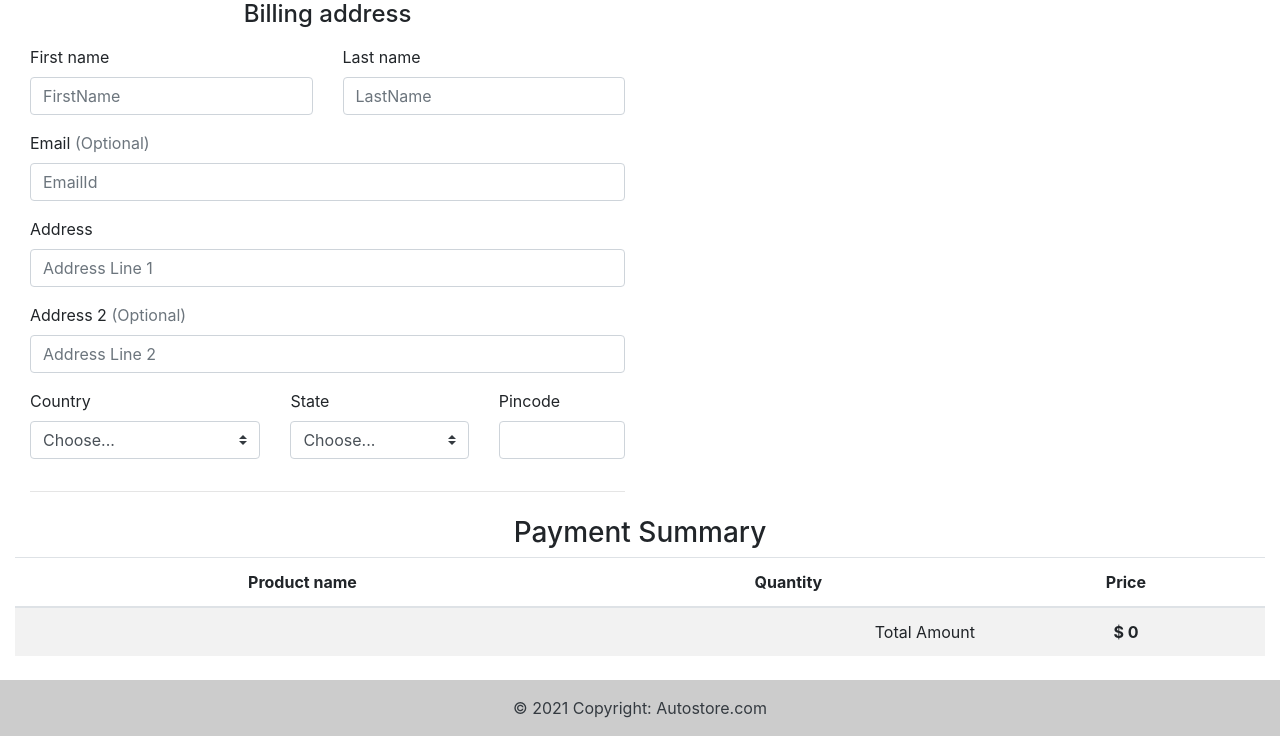
Repository: pravinsakthivel/ecommerce
Page: /checkout
These files come from the project's save history. The page is drawn as it stood at one moment and after the next save; the edit follows.
The browser window is 1280 px wide. The pictures show the whole page.
The project was rebuilt for these pictures with package versions that can differ from the ones it lists, and the page was loaded fresh each time. Also part of the build but not shown: src/components/UI/BaseButton.vue, src/components/ProductItem.vue, src/components/UI/ShoppingCartIcon.vue, src/components/UI/NavigationBar.vue, src/components/UI/SearchBar.vue, src/components/ProductDescriptionModal.vue, src/components/ProductList.vue, src/components/CartList.vue and 5 more.

Above is the page before, as saved 2021-04-10 22:06:43.

### public/index.html
<!DOCTYPE html>
<html lang="">
  <head>
    <meta charset="utf-8" />
    <meta http-equiv="X-UA-Compatible" content="IE=edge" />
    <meta name="viewport" content="width=device-width,initial-scale=1.0" />
    <link rel="icon" href="<%= BASE_URL %>favicon.ico" />
    <link
      href="https://fonts.googleapis.com/css?family=Nunito+Sans:400,400i,700,900&display=swap"
      rel="stylesheet"
    />
    <title><%= htmlWebpackPlugin.options.title %></title>
  </head>
  <style>
    #page-container {
      position: relative;
      min-height: 100vh;
    }

    #content-wrap {
      padding-bottom: 2.5rem; /* Footer height */
    }

    #footer {
      position: absolute;
      bottom: 0;
      width: 100%;
      height: 2.5rem; /* Footer height */
    }
  </style>
  <body>
    <noscript>
      <strong
        >We're sorry but <%= htmlWebpackPlugin.options.title %> doesn't work
        properly without JavaScript enabled. Please enable it to
        continue.</strong
      >
    </noscript>
    <div id="page-container">
      <div id="content-wrap">
        <div id="app"></div>
      </div>
      <footer id="footer">
        <div class="text-center text-dark p-3 footer" style="background-color: rgba(0, 0, 0, 0.2);">
          © 2021 Copyright:
          <a class="text-dark" href="#">Autostore.com</a>
        </div>
      </footer>
    </div>
    <!-- built files will be auto injected -->
  </body>
</html>

### src/main.js
import { createApp } from 'vue';
import App from './App.vue';
import router from './router.js';
import store from './store.js';
import 'bootstrap';
import 'font-awesome/css/font-awesome.min.css';
import 'bootstrap/dist/css/bootstrap.min.css';
import BaseButton from "./components/UI/BaseButton.vue";
import BaseBadge from './components/UI/BaseBadge.vue';
import TheJumbotrom from './components/UI/TheJumbotron.vue';
import BaseModal from './components/UI/BaseModal.vue';



const app = createApp(App);
app.use(router);
app.use(store);
app.component('base-button',BaseButton);
app.component('base-badge',BaseBadge);
app.component('the-jumbotron',TheJumbotrom);
app.component('base-modal',BaseModal);
app.mount('#app');

### src/App.vue
<template>
 <router-view></router-view>

</template>

<script>

export default {
  name: 'App',
}
</script>

<style >

</style>

### src/router.js
import { createRouter, createWebHistory } from "vue-router";
import ProductList from "./components/ProductList.vue";
import CartList from "./components/CartList.vue";
import OrderSuccessPage from "./components/UI/OrderSuccess.vue";
import LoginPage from "./components/UI/LoginPage.vue";
import CheckoutPage from "./components/CheckoutPage.vue";

const router = createRouter({
  history: createWebHistory(),
  routes: [
    {
      path: "/",
      redirect: "/login",
    },
    {
      path: "/cartIems",
      component: CartList,
    },
    {
      path: "/products",
      component: ProductList,
    },
    {
      path: "/orderSuccessPage",
      component: OrderSuccessPage,
    },
    {
      path: "/login",
      component: LoginPage,
    },
    {
      path:"/checkout",
      component:CheckoutPage
    }
  ],
});

export default router;

### src/store.js
import {createStore} from 'vuex';
import productModule from './store/products/index.js'

const store = createStore({
   modules:{
        products:productModule
   }
});

export default store;

### src/components/CheckoutPage.vue
<template>
  <div class="col-md-12">
    <div class="col-md-6 ">
      <h4 class="mb-3 text-center">Billing address</h4>
      <form>
        <div class="row">
          <div class="col-md-6 mb-3">
            <label for="firstName">First name</label>
            <input
              type="text"
              class="form-control"
              id="firstName"
              placeholder="FirstName"
              value=""
              required
            />
          </div>
          <div class="col-md-6 mb-3">
            <label for="lastName">Last name</label>
            <input
              type="text"
              class="form-control"
              id="lastName"
              placeholder="LastName"
              value=""
              required
            />
          </div>
        </div>
        <div class="mb-3">
          <label for="email"
            >Email <span class="text-muted">(Optional)</span></label
          >
          <input
            type="email"
            class="form-control"
            id="email"
            placeholder="EmailId"
          />
        </div>

        <div class="mb-3">
          <label for="address">Address</label>
          <input
            type="text"
            class="form-control"
            id="address"
            placeholder="Address Line 1"
            required
          />
        </div>

        <div class="mb-3">
          <label for="address2"
            >Address 2 <span class="text-muted">(Optional)</span></label
          >
          <input
            type="text"
            class="form-control"
            id="address2"
            placeholder="Address Line 2"
          />
        </div>

        <div class="row">
          <div class="col-md-5 mb-3">
            <label for="country">Country</label>
            <select class="custom-select d-block w-100" id="country" required>
              <option value="">Choose...</option>
              <option>India</option>
            </select>
          </div>
          <div class="col-md-4 mb-3">
            <label for="state">State</label>
            <select class="custom-select d-block w-100" id="state" required>
              <option value="">Choose...</option>
              <option>Bangalore</option>
            </select>
          </div>
          <div class="col-md-3 mb-3">
            <label for="zip">Pincode</label>
            <input
              type="text"
              class="form-control"
              id="zip"
              placeholder=""
              required
            />
          </div>
        </div>
        <hr class="mb-4" />
      </form>
    </div>
    <div class="text-center">
      <payment-details></payment-details>
    </div>
  </div>
</template>
<script>
import PaymentDetails from "./PaymentDetails.vue";

export default {
  components: {
    PaymentDetails,
  },
};
</script>

### src/store/products/index.js
import actions from './actions.js';
import getters from './getters.js';
import mutations from './mutations.js';

export default{
    namespaced:true,
    state(){
        return{
            products: [],
            cartItems: [],
            productsIdsInCart:[],
            searchedItems:[],
            lastUpdated:null,
            loggedInUser :''
        }
    },
    actions,
    getters,
    mutations
}

### src/components/PaymentDetails.vue
<template>
  <div>
    <h3>Payment Summary</h3>
    <table class="table table-striped">
      <thead>
        <tr>
          <th>Product name</th>
          <th>Quantity</th>
          <th>Price</th>
        </tr>
      </thead>
      <tbody>
        <tr v-for="item in cartItems" :key="item.productId">
          <td>{{ item.productName }}</td>
          <td>{{ item.quantity }}</td>
          <td>$ {{ item.cartValue ? item.cartValue : item.price }}</td>
        </tr>
        <tr>
          <td colspan="2" class="text-right">Total Amount</td>
          <td>
            <strong>$ {{ totalCartValue }}</strong>
          </td>
        </tr>
      </tbody>
    </table>
  </div>
  <paypal-component :cartValue="totalCartValue"></paypal-component>
</template>
<script>
import PaypalComponent from './PayPalComponent.vue';
export default {
  components:{
    PaypalComponent
  },
  computed: {
    totalCartValue() {
      let cartvalue = 0;
      this.cartItems.forEach((element) => {
        cartvalue += element.cartValue ? element.cartValue : element.price;
      });
      console.log(cartvalue)
      return cartvalue;
    },
    cartItems(){
      return this.$store.getters['products/getCartItems']
    }
  }
};
</script>

### src/store/products/actions.js
export default {
  async loadProducts(context,forceRefresh) {
    console.log(context.getters.shouldRefresh , forceRefresh);
    if(!context.getters.shouldRefresh && !forceRefresh){
      console.log("sending cache data");
      return;
    }
    console.log("sending fetched data");
    let url = `https://products-data-b01f9-default-rtdb.firebaseio.com/products/-MXaxOFKGRgCKs_OkzrR.json`;
    let response = await fetch(url);
    let responseData = await response.json();
    context.commit("setProducts", responseData);
    context.commit("setTimeStamp");
  },
  setProducts(context, payload) {
    context.commit("setProducts", payload);
  },
  addProductItemToCart(context, product) {
    let cartItems = [...context.getters.getCartItems, product];
    context.dispatch("addProductIdInCart", product.productId);
    context.commit("setCartItems", cartItems);
  },
  addProductIdInCart(context, data) {
    let productIdsInCart = [...context.getters.getproductIdsIncart, data];
    context.commit("setProductIdsInCart", productIdsInCart);
  },
  setCartItems(context, data) {
    context.commit("setCartItems", data);
  },
  removeCartItem(context, productId) {
    let cartItems = context.getters.getCartItems;
    let filteredItems = cartItems.filter((item) => {
      return item.productId != productId;
    });
    context.dispatch("removeProductIdInCart", productId);
    context.commit("setCartItems", filteredItems);
  },
  removeProductIdInCart(context, productId) {
    let productIdsInCart = context.getters.getproductIdsIncart;
    const index = productIdsInCart.indexOf(productId);
    if (index > -1) {
      productIdsInCart.splice(index, 1);
    }
    context.commit("setProductIdsInCart", productIdsInCart);
  },
  setSearchedItems(context, payload) {
    context.commit("setSearchedItems", payload);
  },
  setUser(context,userName){
    context.commit("setUser",userName);
  },
  resetProductIdsInCart(context){
    context.commit("setProductIdsInCart",[])
  }
};

### src/store/products/getters.js
export default {
  getProducts(state) {
    return state.products;
  },
  getCartItems(state) {
    return state.cartItems;
  },
  getproductIdsIncart(state) {
    return state.productsIdsInCart;
  },
  shouldRefresh(state) {
    let lastUpdate = state.lastUpdated;
    if (!lastUpdate) {
      return true;
    }
    const currentTimeStamp = new Date().getTime();
    return (currentTimeStamp - lastUpdate) / 1000 > 60;
  },
  getSearchItems(state){
      return state.searchedItems;
  },
  getLoggedInUser(state){
    return state.loggedInUser;
  }
};

### src/store/products/mutations.js
export default {
  setCartItems(state, payload) {
    state.cartItems = payload;
  },
  setProducts(state, payload) {
    state.products = payload;
  },
  setProductIdsInCart(state, payload) {
    state.productsIdsInCart = payload;
  },
  setTimeStamp(state) {
    state.lastUpdated = new Date().getTime();
  },
  setSearchedItems(state, payload) {
    state.searchedItems = payload;
  },
  setUser(state, userName) {
    state.loggedInUser = userName;
  },
};

### src/components/PayPalComponent.vue
<template>
  <div id="paypal-button"></div>
</template>
<script>
export default {
  props:["cartValue"],
  mounted() {
    let paypalScript = document.createElement("script");
    paypalScript.setAttribute(
      "src",
      "https://www.paypal.com/sdk/js?client-id=AVqt9vrCUVqfc7P88IdNEju9AuBGJq-97Q6YjIoat7qiJp9kvvh4UoYTX6ck6Du60ubYApPewCvAZViN"
    );
    paypalScript.addEventListener("load", this.loadPayPal);
    document.head.appendChild(paypalScript);
  },
  methods:{
      loadPayPal() {
      let self = this;

      window.paypal
        .Buttons({
          createOrder: function(data, actions) {
           let totalCartValue = self.cartValue;
            // This function sets up the details of the transaction, including the amount and line item details.
            return actions.order.create({
              purchase_units: [
                {
                  amount: {
                    value: totalCartValue,
                  },
                },
              ],
            });
          },
          onApprove: function(data, actions) {
            // This function captures the funds from the transaction.
            return actions.order.capture().then(function(details) {
              // This function shows a transaction success message to your buyer.
              self.processPostPayment(details);
            });
          },
        })
        .render("#paypal-button");
    },
     processPostPayment(details) {
      console.log(details);
      this.$store.dispatch("products/setCartItems", []);
      this.$store.dispatch("products/resetProductIdsInCart");
      this.$router.push("orderSuccessPage");
    }
  }
};
</script>

After the next save:
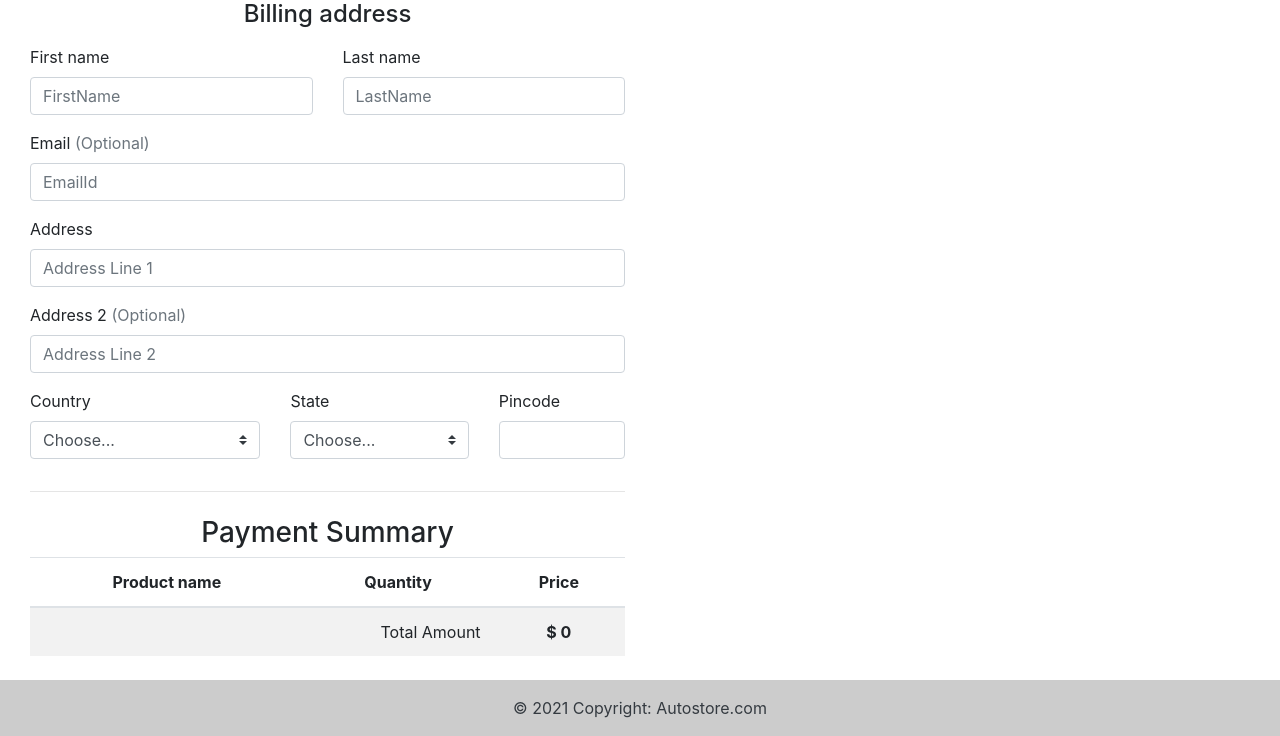
Saved 34 s later.
--- a/src/components/CheckoutPage.vue
+++ b/src/components/CheckoutPage.vue
@@ -91,7 +91,7 @@
         <hr class="mb-4" />
       </form>
     </div>
-    <div class="text-center">
+    <div class="text-center col-md-6">
       <payment-details></payment-details>
     </div>
   </div>
